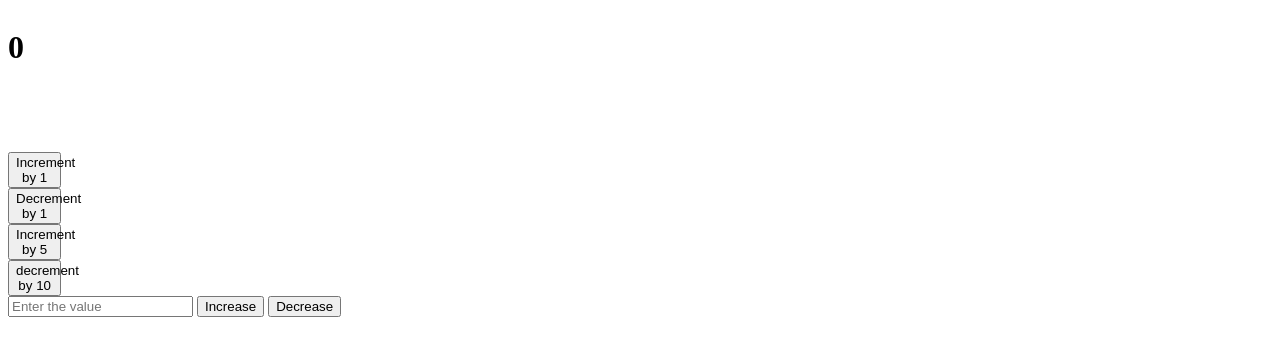
Repository: drumsmanku/micro-project-2
Page: index.html
An editor plug-in stored every save of this project. The page is shown before and after the next save, followed by the edit.
The browser window is 1280 px wide. The pictures show the whole page.

Above is the page before, as saved 2023-04-07 19:32:08.

### index.html
<!DOCTYPE html>
<html lang="en">
<head>
  <meta charset="UTF-8">
  <meta http-equiv="X-UA-Compatible" content="IE=edge">
  <meta name="viewport" content="width=device-width, initial-scale=1.0">
  <link rel="stylesheet" href="style.css">
  <title>micro Project 2</title>
</head>
<body>
  <div class="my-elements">
    <h1 id="h1-tag">0</h1>
    <div class="second-part">
      <div class="second-first-part">
        <button id="clicked-1">Increment by 1</button>
        <button id="clicked-2">Decrement by 1</button>
        <button id="clicked-3">Increment by 5</button>
        <button id="clicked-4">decrement by 10</button>
      </div>
      <div class="second-second-part">
        <input type="number" name="num" id="num" placeholder="Enter the value">
        <button id="inc-dec-1">Increase</button>
        <button id="inc-dec-2">Decrease</button>
      </div>

    </div>
  </div>
</body>
</html>

### style.css
.my-elements{
  display: flex;


  flex-direction: column;
}

.second-part{
  display: flex;
  flex-direction: column;
  flex-wrap: wrap;
  margin-top: 4rem;
}

.second-first-part{
  display: flex;
  flex-direction: column;
}

.second-first-part button{
  width: 4em;
}

After the next save:
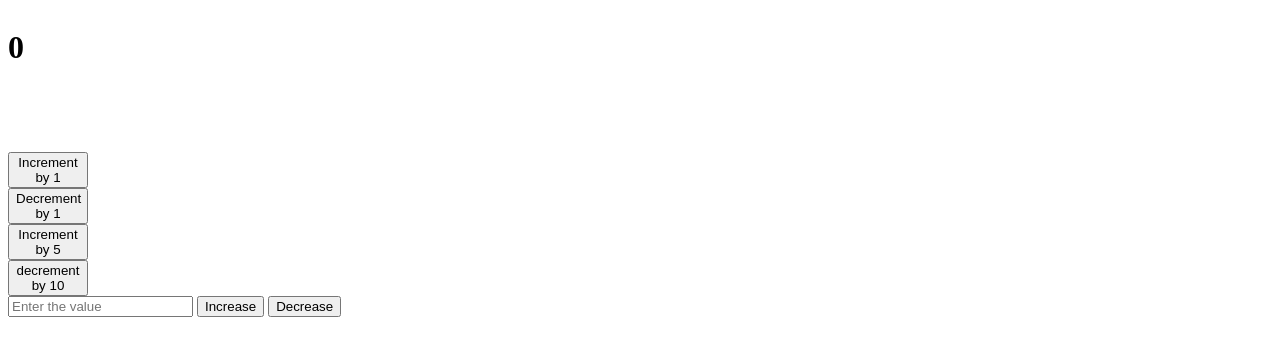
Saved 6 s later.
--- a/style.css
+++ b/style.css
@@ -18,5 +18,5 @@
 }
 
 .second-first-part button{
-  width: 4em;
+  width: 6em;
 }
